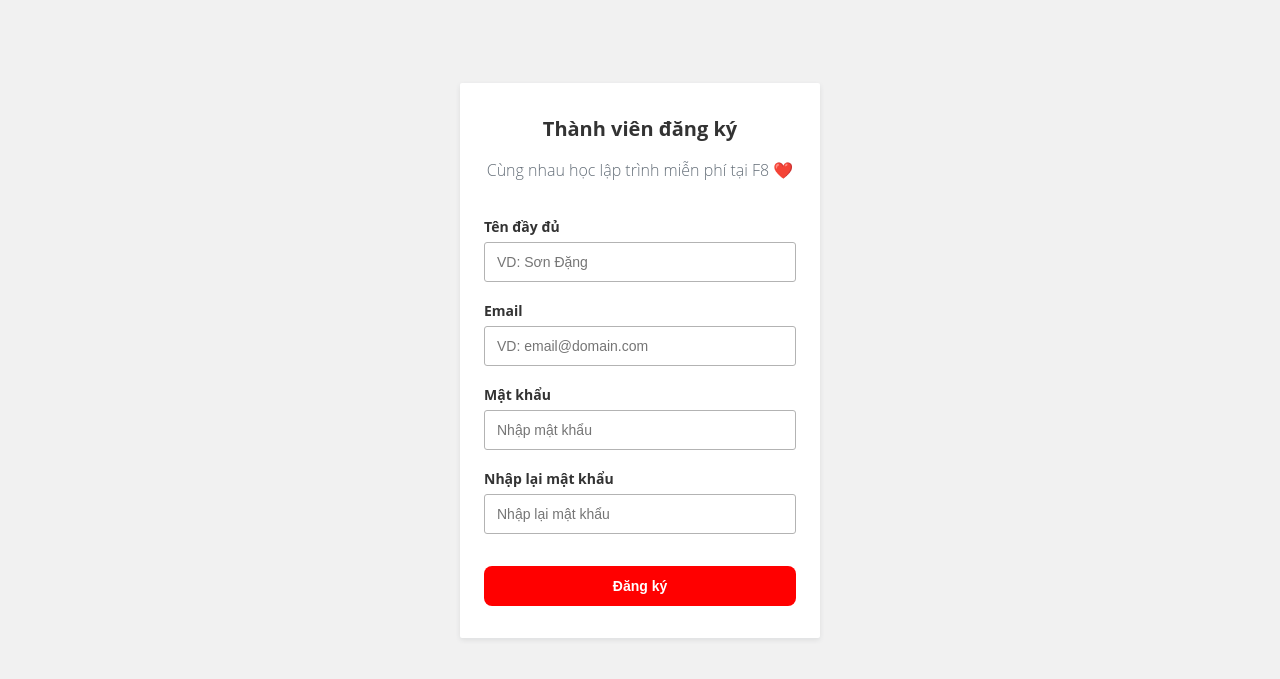
Repository: ndxbinh1922001/signup
Page: index.html
These files come from the project's save history. The page is drawn as it stood at one moment and after the next save; the edit follows.
The browser window is 1280 px wide. The pictures show the whole page.

Above is the page before, as saved 2021-10-16 14:04:25.

### index.html
<!DOCTYPE html>
<html lang="en">
<head>
    <meta charset="UTF-8">
    <meta http-equiv="X-UA-Compatible" content="IE=edge">
    <meta name="viewport" content="width=device-width, initial-scale=1.0">
    <link rel="stylesheet" href="/css/style.css">
    <title>Document</title>
</head>
<body>
    <div class="main">

  <form action="" method="POST" class="form" id="form-1">
    <h3 class="heading">Thành viên đăng ký</h3>
    <p class="desc">Cùng nhau học lập trình miễn phí tại F8 ❤️</p>

    <div class="spacer"></div>

    <div class="form-group">
      <label for="fullname" class="form-label">Tên đầy đủ</label>
      <input id="fullname" name="fullname" type="text" placeholder="VD: Sơn Đặng" class="form-control">
      <span class="form-message"></span>
    </div>

    <div class="form-group">
      <label for="email" class="form-label">Email</label>
      <input id="email" name="email" type="text" placeholder="VD: email@domain.com" class="form-control">
      <span class="form-message"></span>
    </div>

    <div class="form-group">
      <label for="password" class="form-label">Mật khẩu</label>
      <input id="password" name="password" type="password" placeholder="Nhập mật khẩu" class="form-control">
      <span class="form-message"></span>
    </div>

    <div class="form-group">
      <label for="password_confirmation" class="form-label">Nhập lại mật khẩu</label>
      <input id="password_confirmation" name="password_confirmation" placeholder="Nhập lại mật khẩu" type="password" class="form-control">
      <span class="form-message"></span>
    </div>

    <button class="form-submit">Đăng ký</button>
  </form>

</div>
</body>
</html>

### css/style.css
* {
    padding: 0;
    margin: 0;
    box-sizing: border-box;
}

html {
    color: #333;
    font-size: 62.5%;
    font-family: "Open Sans", sans-serif;
}

.main {
    background: #f1f1f1;
    min-height: 100vh;
    display: flex;
    justify-content: center;
}

.form {
    width: 360px;
    min-height: 100px;
    padding: 32px 24px;
    text-align: center;
    background: #fff;
    border-radius: 2px;
    margin: 24px;
    align-self: center;
    box-shadow: 0 2px 5px 0 rgba(51, 62, 73, 0.1);
}

.form .heading {
    font-size: 2rem;
}

.form .desc {
    text-align: center;
    color: #636d77;
    font-size: 1.6rem;
    font-weight: lighter;
    line-height: 2.4rem;
    margin-top: 16px;
    font-weight: 300;
}

.form-group {
    display: flex;
    margin-bottom: 16px;
    flex-direction: column;
}

.form-label,
.form-message {
    text-align: left;
}

.form-label {
    font-weight: 700;
    padding-bottom: 6px;
    line-height: 1.8rem;
    font-size: 1.4rem;
}

.form-control {
    height: 40px;
    padding: 8px 12px;
    border: 1px solid #b3b3b3;
    border-radius: 3px;
    outline: none;
    font-size: 1.4rem;
}

.form-control:hover {
    border-color: #1dbfaf;
}

.form-group.invalid .form-control {
    border-color: #f33a58;
}

.form-group.invalid .form-message {
    color: #f33a58;
}

.form-message {
    font-size: 1.2rem;
    line-height: 1.6rem;
    padding: 4px 0 0;
}

.form-submit {
    outline: none;
    background-color: red;
    margin-top: 12px;
    padding: 12px 16px;
    font-weight: 600;
    color: #fff;
    border: none;
    width: 100%;
    font-size: 14px;
    border-radius: 8px;
    cursor: pointer;
}

.form-submit:hover {
    background-color: #1ac7b6;
}

.spacer {
    margin-top: 36px;
}

After the next save:
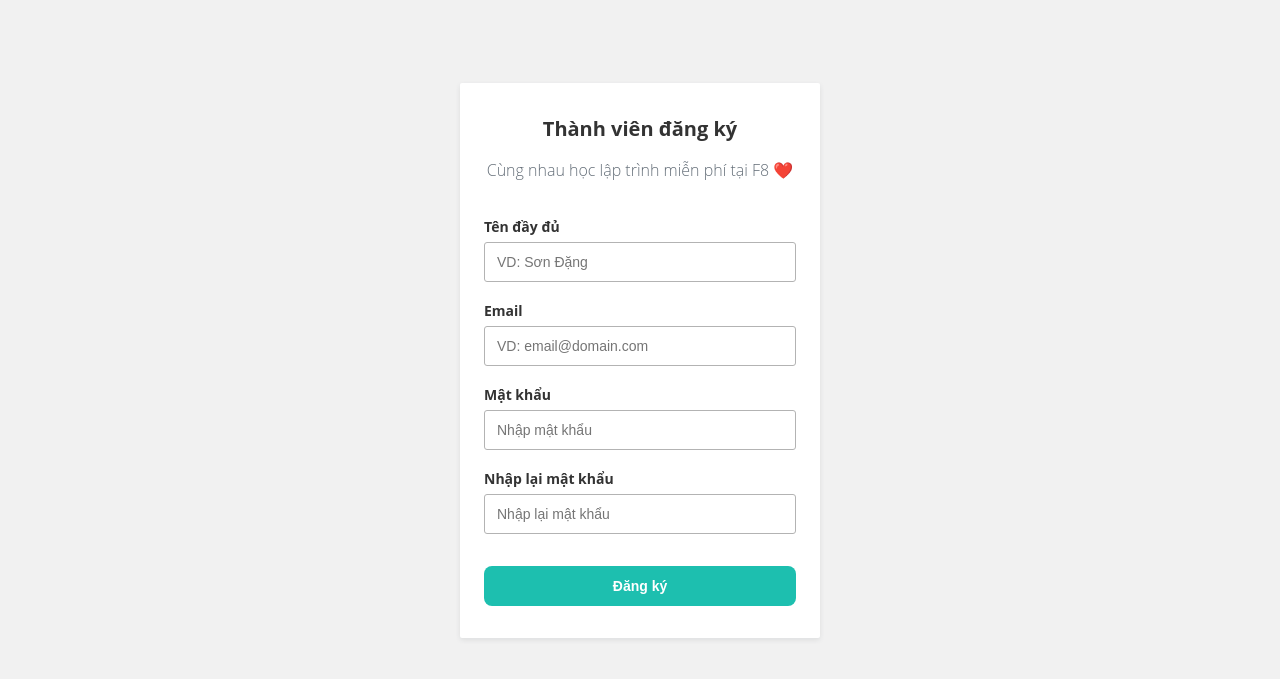
Saved 36 s later.
--- a/css/style.css
+++ b/css/style.css
@@ -90,7 +90,7 @@ html {
 
 .form-submit {
     outline: none;
-    background-color: red;
+    background-color: #1dbfaf;
     margin-top: 12px;
     padding: 12px 16px;
     font-weight: 600;
